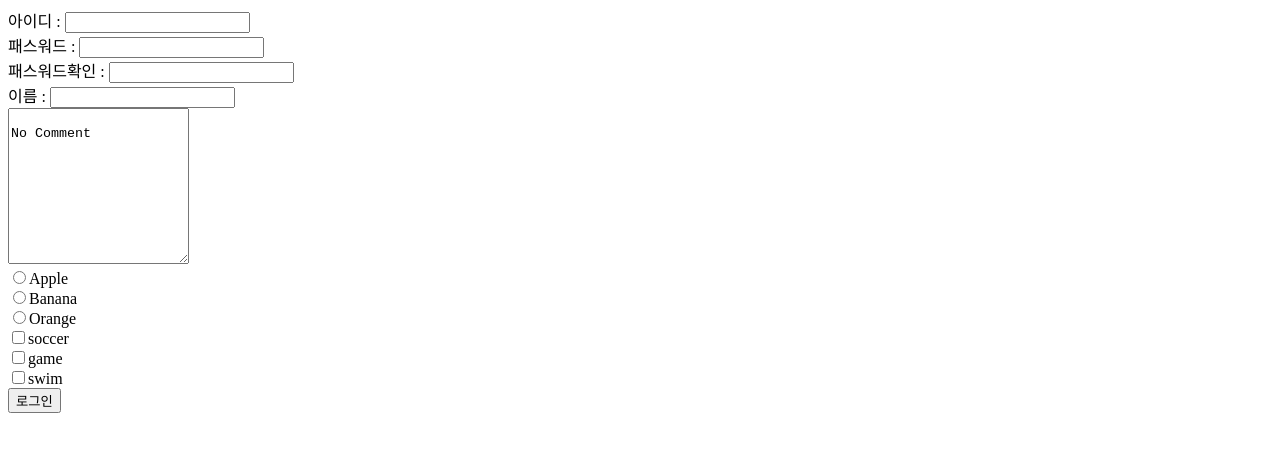
Repository: JeongYT/JSP
Page: jspproject/src/main/webapp/login.html
These files come from the project's save history. The page is drawn as it stood at one moment and after a run of saves; the edit follows.
The browser window is 1280 px wide. The pictures show the whole page.

Above is the page before, as saved 2023-07-06 07:52:02.

### jspproject/src/main/webapp/login.html
<!DOCTYPE html>
<html>
<head>
<meta charset="UTF-8">
<title>Insert title here</title>
</head>
<body>
	<form action="/hello">
		아이디 : <input type="text" name="id"> <br>
		패스워드 : <input type="password" name="pw"> <br>
		패스워드확인 : <input type="password" name="pw2"> <br>
		이름 : <input type="text" name="name"> <br>
		<textarea name="comment" rows="10" cols="20">
			No Comment
		</textarea> <br>

		<input type="radio" name="fruit" value="apple">Apple<br>
		<input type="radio" name="fruit" value="banana">Banana<br>
		<input type="radio" name="fruit" value="orange">Orange<br>

		<input type="checkbox" name="hobby" value="soccer">soccer<br>
		<input type="checkbox" name="hobby" value="game">game<br>
		<input type="checkbox" name="hobby" value="swim">swim<br>
		<input type="submit" value="로그인">
	</form>
</body>
</html>

After the next 2 saves:
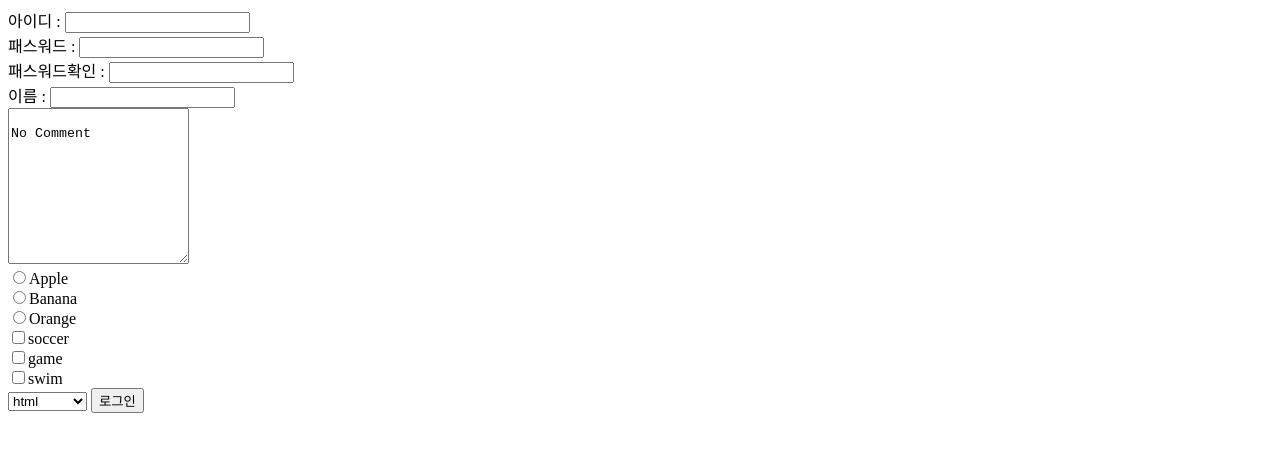
The 2 saves are shown as one change because they came seconds apart.
The last was saved 61 s later.
--- a/jspproject/src/main/webapp/login.html
+++ b/jspproject/src/main/webapp/login.html
@@ -21,6 +21,14 @@
 		<input type="checkbox" name="hobby" value="soccer">soccer<br>
 		<input type="checkbox" name="hobby" value="game">game<br>
 		<input type="checkbox" name="hobby" value="swim">swim<br>
+
+		<select>
+			<option value="html">html</option>
+			<option value="css">css</option>
+			<option value="javascript">javascript</option>
+			<option value="java">java</option>
+		</select>
+
 		<input type="submit" value="로그인">
 	</form>
 </body>
